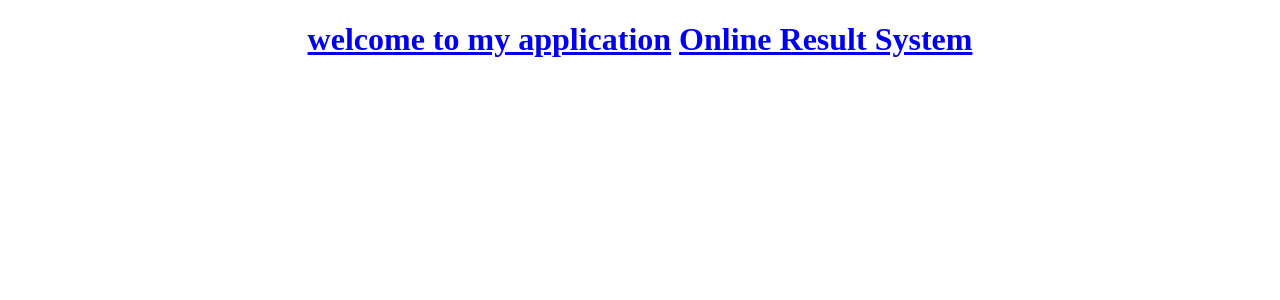
Repository: aryan190504/Advance-java
Page: http://localhost/DynamicWebProject/
These files come from the project's save history. The page is drawn as it stood at one moment and after the next save; the edit follows.
The browser window is 1280 px wide. The pictures show the whole page.
The page is served by Tomcat 9. Other server files are loaded and not shown.

Above is the page before, as saved 2024-09-13 10:10:31.

### Dynamicadvance/DynamicWebProject/WebContent/index.jsp
<%@ page language="java" contentType="text/html; charset=ISO-8859-1"
	pageEncoding="ISO-8859-1"%>
<!DOCTYPE html>
<html>
<head>
<meta charset="ISO-8859-1">
<title>Insert title here</title>
</head>
<body>
	<h1 align="center">

 		<a href="WelcomeCtl">welcome to my application</a>

<!--  --> <a href = "WelcomeMarksheetCtl">Online Result System</a>
 </h1>
</body>
</html>

After the next save:
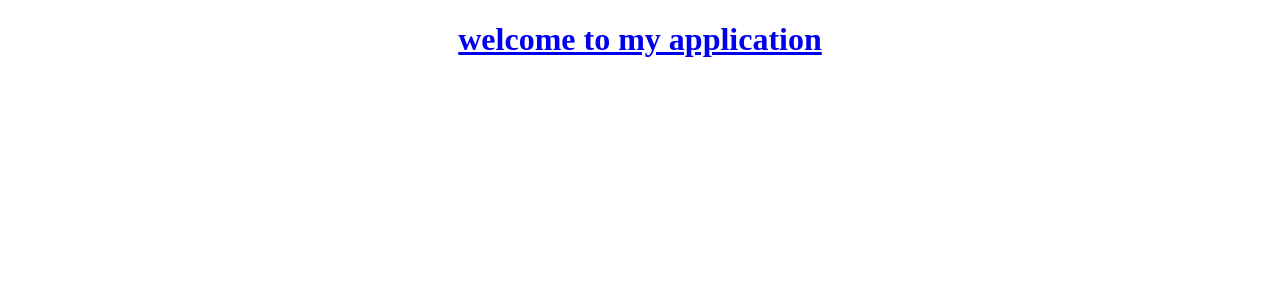
Saved 88 s later.
--- a/Dynamicadvance/DynamicWebProject/WebContent/index.jsp
+++ b/Dynamicadvance/DynamicWebProject/WebContent/index.jsp
@@ -11,7 +11,7 @@
 
  		<a href="WelcomeCtl">welcome to my application</a>
 
-<!--  --> <a href = "WelcomeMarksheetCtl">Online Result System</a>
+<!--  <a href = "WelcomeMarksheetCtl">Online Result System</a> -->
  </h1>
 </body>
 </html>
